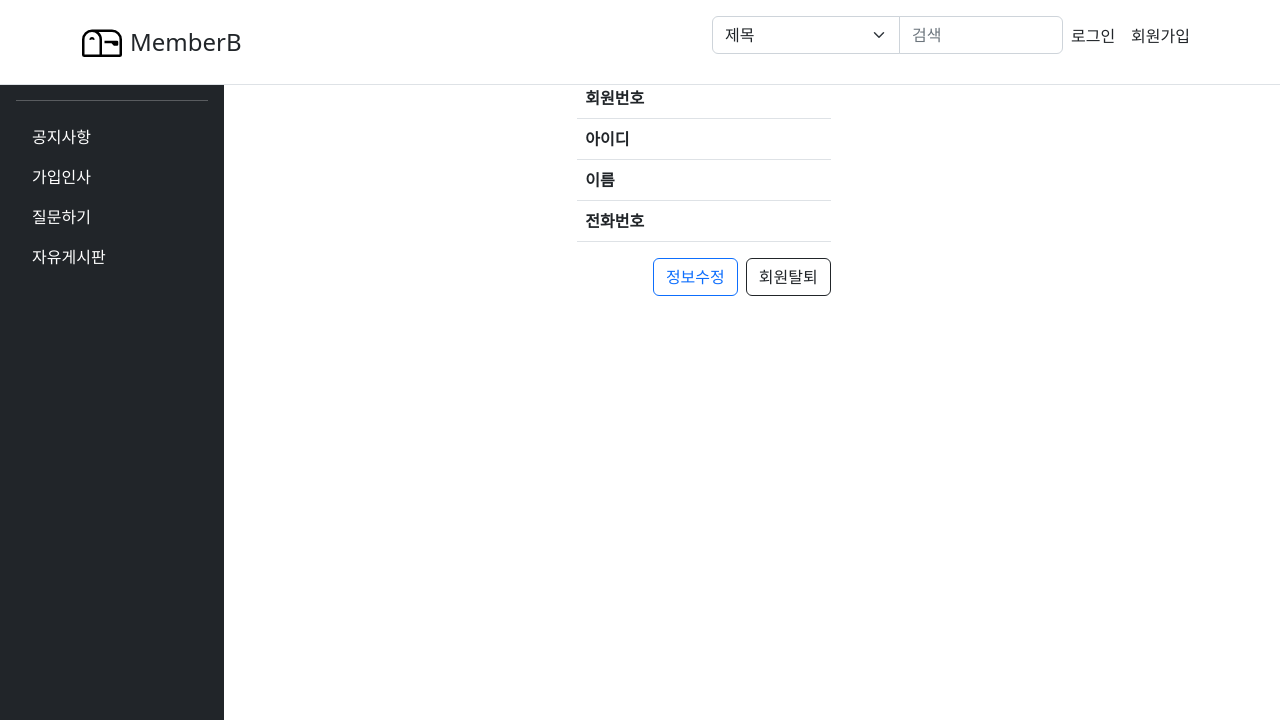
Repository: charmErin/board_220915
Page: http://localhost/board/WEB-INF/views/member/detail.jsp
These files come from the project's save history. The page is drawn as it stood at one moment and after the next save; the edit follows.
The browser window is 1280 px wide. The pictures show the whole page.
The page is served by Tomcat 9. Nobody is signed in. The template is opened directly, without the code that normally fills it, so the values that code supplies are empty.

Above is the page before, as saved 2022-09-16 02:37:29.
Console error: SyntaxError: Unexpected token ';'

After the next save:
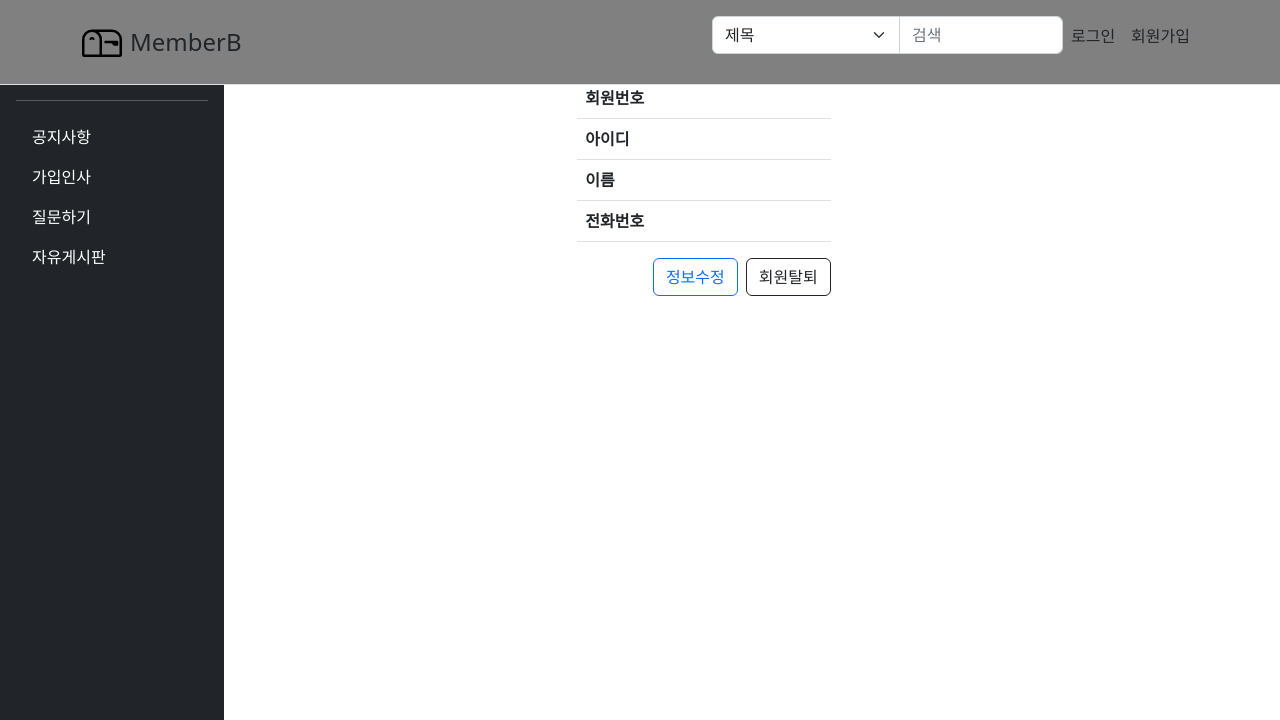
Saved 8 s later.
--- a/board/src/main/webapp/WEB-INF/views/layout/header.jsp
+++ b/board/src/main/webapp/WEB-INF/views/layout/header.jsp
@@ -10,7 +10,7 @@
 <title>Insert title here</title>
 <style>
 	header {
-		background: white;
+		background: gray;
 	}
 	.side-bar {
 		width: 14rem;
